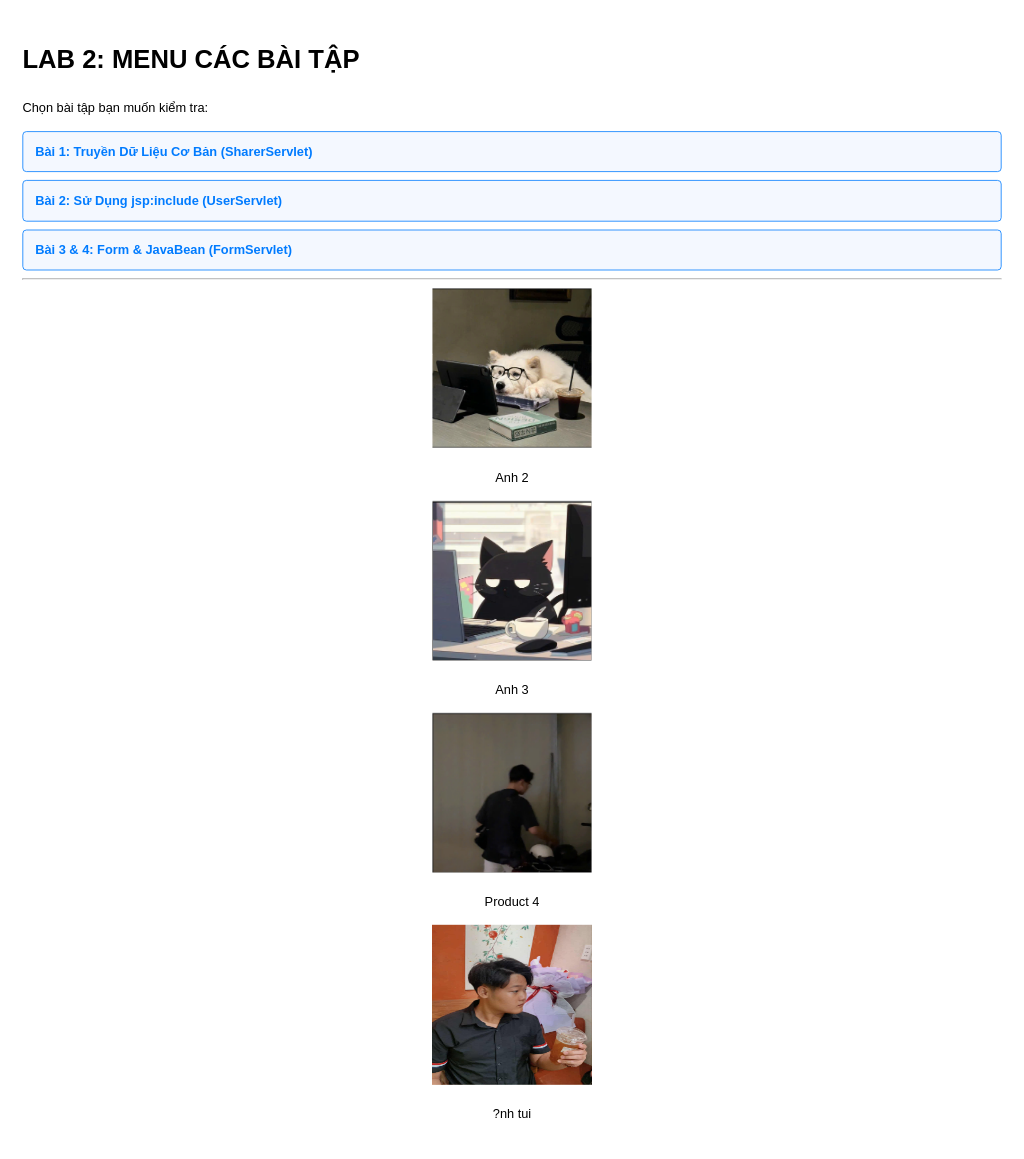
Repository: anhb287/Lab1_8_JAV101
Page: http://localhost/Lab2_TV00062_JAV101/index.jsp
These files come from the project's save history. The page is drawn as it stood at one moment and after the next save; the edit follows.
The browser window is 1280 px wide. The pictures show the whole page, at 80% of full size.
The page is served by Tomcat 10. Other server files are loaded and not shown.

Above is the page before, as saved 2025-11-10 17:50:25.

### Lab2_TV00062_JAV101/src/main/webapp/index.jsp
<%@ page language="java" contentType="text/html; charset=UTF-8" pageEncoding="UTF-8"%>
<%@ taglib prefix="c" uri="http://java.sun.com/jsp/jstl/core" %>
<!DOCTYPE html>
<html>
<head>
    <meta charset="UTF-8">
    <title>LAB 2: Menu Điều Hướng</title>
    <style>
    .product-list {
        display: flex; /* Bật chế độ Flexbox */
        flex-wrap: wrap; /* Cho phép các mục nhảy xuống hàng mới nếu không đủ chỗ */
        justify-content: space-around; /* Căn giữa các item và tạo khoảng trống đồng đều giữa chúng */
        margin-top: 20px;
    }
        body { font-family: Arial, sans-serif; line-height: 1.6; padding: 20px; }
        .menu-link {
            display: block;
            margin: 10px 0;
            padding: 12px 15px;
            border: 1px solid #007bff;
            border-radius: 5px;
            text-decoration: none;
            color: #007bff;
            background-color: #f4f8ff;
            font-weight: bold;
        }
        .menu-link:hover {
            background-color: #007bff;
            color: white;
        }
    </style>
</head>
<body>
    <h1>LAB 2: MENU CÁC BÀI TẬP</h1>
    <p>Chọn bài tập bạn muốn kiểm tra:</p>

    <div class="menu">
        <a href="sharer" class="menu-link">Bài 1: Truyền Dữ Liệu Cơ Bản (SharerServlet)</a>
        <a href="user" class="menu-link">Bài 2: Sử Dụng jsp:include (UserServlet)</a>
        <a href="form/update" class="menu-link">Bài 3 & 4: Form & JavaBean (FormServlet)</a>
    </div>
    <hr>
<div class ="container">
    <div class="item">
        <jsp:include page="item.jsp">
            <jsp:param name="name" value="Anh 2"/>
            <jsp:param name="img" value="anh2.png"/>
        </jsp:include>
    </div>

    <div class="item">
        <jsp:include page="item.jsp">
            <jsp:param name="name" value="Anh 3"/>
            <jsp:param name="img" value="anh3.png"/>
        </jsp:include >
    </div>

    <div class="item">
        <jsp:include page="item.jsp">
            <jsp:param name="name" value="Product 4"/>
            <jsp:param name="img" value="anh4.png"/>
        </jsp:include>
    </div>
    <div class="item">
        <jsp:include page="item.jsp">
            <jsp:param name="name" value="ảnh tui"/>
            <jsp:param name="img" value="anh7.jpg"/>
        </jsp:include>
    </div>
   </div>
</body>
</html>

### Lab2_TV00062_JAV101/src/main/webapp/item.jsp
<div class="div_item" style="margin: 10px; text-align:center;">
   <img src="/Lab2_TV00062_JAV101/img/${param.img}" width="200px" height="200px"/>
   <p>${param.name}</p>
</div>

After the next save:
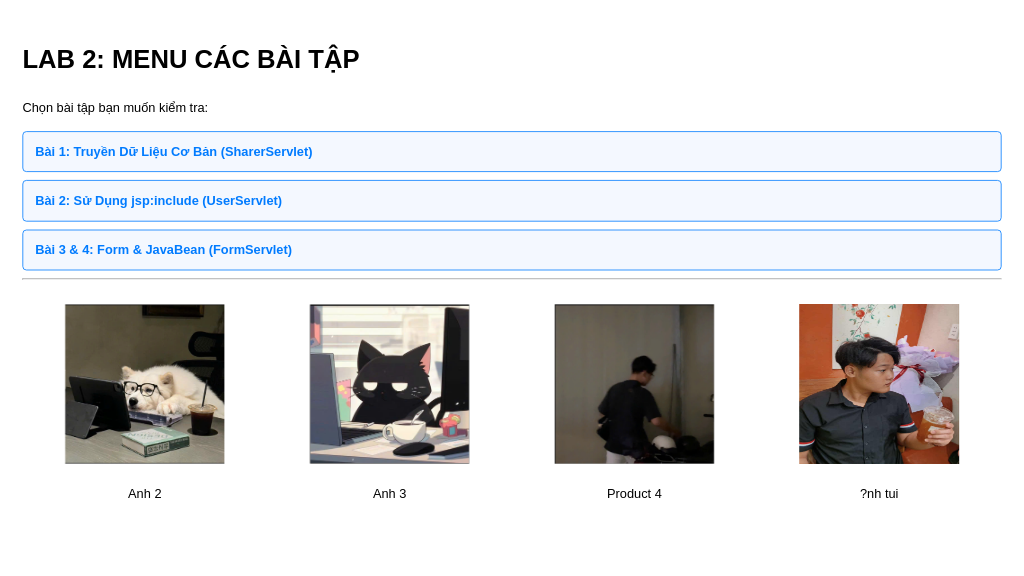
Saved 53 s later.
--- a/Lab2_TV00062_JAV101/src/main/webapp/index.jsp
+++ b/Lab2_TV00062_JAV101/src/main/webapp/index.jsp
@@ -6,7 +6,7 @@
     <meta charset="UTF-8">
     <title>LAB 2: Menu Điều Hướng</title>
     <style>
-    .product-list {
+    .container {
         display: flex; /* Bật chế độ Flexbox */
         flex-wrap: wrap; /* Cho phép các mục nhảy xuống hàng mới nếu không đủ chỗ */
         justify-content: space-around; /* Căn giữa các item và tạo khoảng trống đồng đều giữa chúng */
